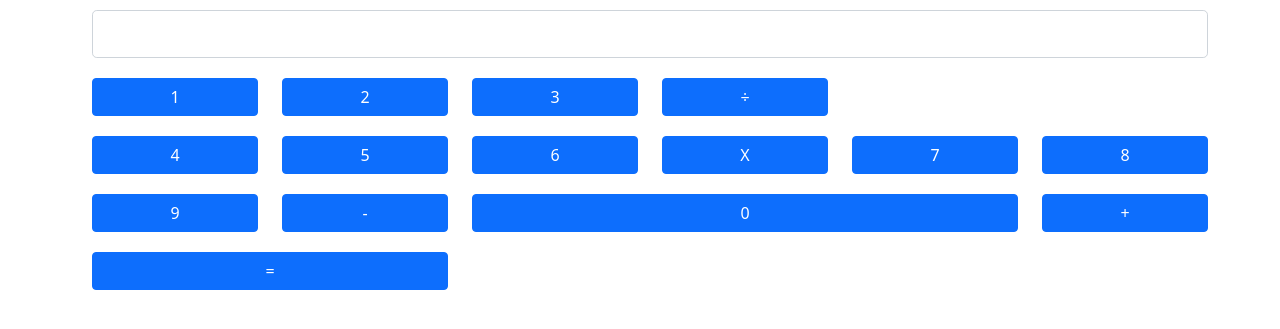
Repository: jsakdalan/CalculatorReactTypescript
Page: /
An editor plug-in stored every save of this project. The page is shown before and after the next save, followed by the edit.
The browser window is 1280 px wide. The pictures show the whole page.
The project was rebuilt for these pictures with package versions that can differ from the ones it lists, and the page was loaded fresh each time. Also part of the build but not shown: src/App.css.

Above is the page before, as saved 2022-06-07 16:21:18.

### src/App.tsx
import  Calculator from './pages/Calculator';
import './App.css';
import 'bootstrap/dist/css/bootstrap.min.css'

export default function App() {

  return(
    <Calculator/>
  )
}

### src/pages/Calculator.tsx
import React from 'react';
import Col from 'react-bootstrap/Col';
import Container from 'react-bootstrap/Container';
import Row from 'react-bootstrap/Row';
import Button from 'react-bootstrap/Button';
import InputGroup from 'react-bootstrap/InputGroup';
import FormControl from 'react-bootstrap/FormControl';
import './Calculator.css'

export default function TextEditor(){

    interface Screen{
        styling: string;
    }

    interface Buttons {
        styling: string;
        btnNumber: string;
    }

    const Screen = (props:Screen) => {
        return(
            <InputGroup size="lg" className={props.styling}>
                    <FormControl
      aria-label="Default"
      aria-describedby="inputGroup-sizing-default"
    />
            </InputGroup>
        )
    }

    const Buttons = (props:Buttons) => {
        return(
            <Button className={props.styling}>
                {props.btnNumber}
            </Button>
        )
    }

    return(
        <>
            <Container className="container">
                <Row>
                    <Col><Screen styling="screen"/></Col>
                </Row>
                <Row>
                    <Col md={12}>
                        <Row>
                            <Col md={2}><Buttons styling="numerical" btnNumber="1"/></Col>
                            <Col md={2}><Buttons styling="numerical" btnNumber="2"/></Col>
                            <Col md={2}><Buttons styling="numerical" btnNumber="3"/></Col>
                            <Col md={2}><Buttons styling="operational" btnNumber="&#247;"/></Col>
                        </Row>
                    </Col>
                    <Col md={12}>
                        <Row>
                            <Col md={2}><Buttons styling="numerical" btnNumber="4"/></Col>
                            <Col md={2}><Buttons styling="numerical" btnNumber="5"/></Col>
                            <Col md={2}><Buttons styling="numerical" btnNumber="6"/></Col>
                            <Col md={2}><Buttons styling="operational" btnNumber="X"/></Col>

                            <Col md={2}><Buttons styling="numerical" btnNumber="7"/></Col>
                            <Col md={2}><Buttons styling="numerical" btnNumber="8"/></Col>
                            <Col md={2}><Buttons styling="numerical" btnNumber="9"/></Col>
                            <Col md={2}><Buttons styling="operational" btnNumber="-"/></Col>

                            <Col md={6}><Buttons styling="numerical" btnNumber="0"/></Col>
                            <Col md={2}><Buttons styling="numerical" btnNumber="+"/></Col>
                        </Row>
                    </Col>
                    <Col md={4}><Buttons styling="numerical" btnNumber="="/></Col>
                </Row>
            </Container>
        </>
    )
}

### src/pages/Calculator.css
.container{
    width: 700px;
    display: flex;
    flex-direction: column;
}

.screen{
    width: 100%;
    margin: 10px;
}

.numerical{
    width: 100%;
    margin: 10px;
}

.operational{
    width: 100%;
    margin: 10px;
}

Loaded but not shown: public/index.html (common file); src/index.tsx (common file); src/index.css (common file); src/reportWebVitals.ts (common file)

After the next save:
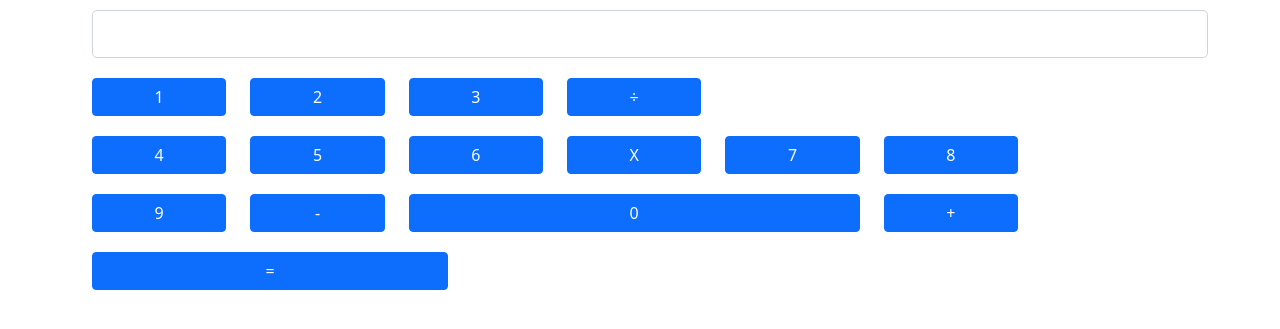
Saved 15 s later.
--- a/src/pages/Calculator.tsx
+++ b/src/pages/Calculator.tsx
@@ -44,7 +44,7 @@ export default function TextEditor(){
                     <Col><Screen styling="screen"/></Col>
                 </Row>
                 <Row>
-                    <Col md={12}>
+                    <Col md={10}>
                         <Row>
                             <Col md={2}><Buttons styling="numerical" btnNumber="1"/></Col>
                             <Col md={2}><Buttons styling="numerical" btnNumber="2"/></Col>
@@ -52,7 +52,7 @@ export default function TextEditor(){
                             <Col md={2}><Buttons styling="operational" btnNumber="&#247;"/></Col>
                         </Row>
                     </Col>
-                    <Col md={12}>
+                    <Col md={10}>
                         <Row>
                             <Col md={2}><Buttons styling="numerical" btnNumber="4"/></Col>
                             <Col md={2}><Buttons styling="numerical" btnNumber="5"/></Col>
